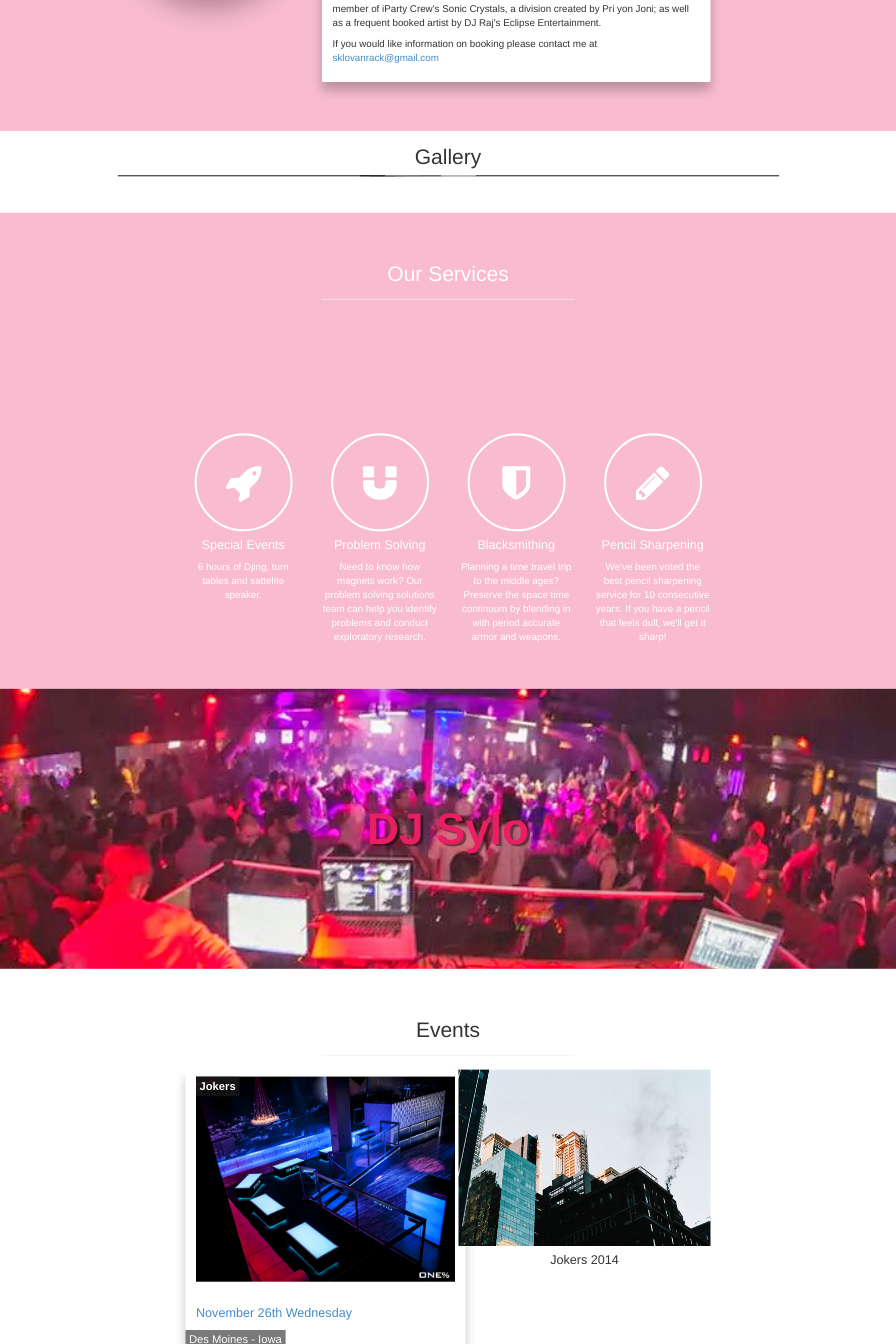
Repository: BambooXLotus/DjSylo
Page: client/index.html
The author's editor kept a record of every edit. The page is drawn from the files as they stood at one moment, then again after the next edit.
The browser window is 1280 px wide. The pictures show the part of the page from y = 1040 to 2960 px (the page is 4350 px tall before and 4250 px after), at 70% of full size.
Pictures or frames that could not be fetched are drawn as grey boxes. Some icons come from a web library that is not loaded, so they are not drawn. Backgrounds fixed to the window are drawn as part of the page. Some web libraries are served in a nearby version.

Above is the page before.

### client/index.html
<!DOCTYPE html>
<html lang="en">

<head>
    <meta charset="utf-8">
    <meta name="viewport" content="width=device-width, initial-scale=1.0">
    <meta name="description" content="">
    <meta name="author" content="">
    <title>DJ Sylo</title>
    <!-- Bootstrap core CSS
        -->
    <link href="css/bootstrap.css" rel="stylesheet">
    <!-- Add custom CSS here -->
    <link href="css/stylish-portfolio.css" rel="stylesheet">
    <link href="//maxcdn.bootstrapcdn.com/font-awesome/4.1.0/css/font-awesome.min.css" rel="stylesheet">
    <link href="css/nanogallery.min.css" rel="stylesheet" type="text/css">
</head>

<body>
    <!-- Side Menu -->
    <nav class="navbar navbar-fixed-top navbar-inverse" role="navigation">
        <div class="container">
            <div class="navbar-header">
                <button type="button" class="navbar-toggle" data-toggle="collapse" data-target=".navbar-ex1-collapse">
                    <span class="sr-only">Toggle navigation</span>
                    <span class="icon-bar"></span>
                    <span class="icon-bar"></span>
                    <span class="icon-bar"></span>
                </button>
                <a class="navbar-brand" href="index.php">DJ <b>Sylo</b></a>
            </div>
            <!-- Collect the nav links, forms, and other content for toggling -->
            <div class="collapse navbar-collapse navbar-ex1-collapse">
                <ul class="nav navbar-nav">
                    <li>
                        <a href="#top">Home</a>
                    </li>
                    <li>
                        <a href="#about">Bio</a>
                    </li>
                    <li>
                        <a href="#gallery">Gallery</a>
                    </li>
                    <li>
                        <a href="#services">Services</a>
                    </li>
                    <li>
                        <a href="#portfolio">Events</a>
                    </li>
                    <li>
                        <a href="#portfolio">Discography</a>
                    </li>
                    <li>
                        <a href="#contact">Contact</a>
                    </li>
                </ul>
            </div>
            <!-- /.navbar-collapse -->
        </div>
        <!-- /.container -->
    </nav>
    <!-- /Side Menu -->
    <!-- Full Page Image Header Area -->
    <div id="top" class="header">
        <div class="vert-text">
            <div class="hero">
                <h1>DJ <b>Sylo</b></h1>
                <a href="#contact" class="btn btn-lg btn-default">Contact</a>
            </div>
        </div>
    </div>
    <!-- /Full Page Image Header Area -->
    <!-- Intro -->
    <div id="about" class="about">
        <div class="container">
            <div class="row">
                <div class="col-md-3 col-md-offset-1">
                    <img class="img-circle img-responsive circle-shadow" src="img/portrait-sm.jpg">
                </div>
                <div class="col-md-6 col-xs-12">
                    <div class="panel panel-default dialog">
                        <div class="panel-heading">
                            <h3>DJ Sylo</h3>
                        </div>
                        <div class="panel-body">
                            <h4>Kansas City, MO</h4>
                            <p>Style: Electronic, Pop, Hip hop.</p>
                            <p>Inpsirations: Calvin Harris, Zedd, Adventure CLub.</p>
                            <p>Musical flavor, stage presence, and a feel for the crowd, DJ Sylo's unique taste and style of music has touched dancefloors across Iowa, as well as the 2012 515 Alive electronic music festival. Sylo's presence is gaining notoriety
                                in both the club and the electronic dance music scene. Armed with her Numark NS7, DJ Sylo is now a member of iParty Crew's Sonic Crystals, a division created by Pri yon Joni; as well as a frequent booked artist by DJ Raj's
                                Eclipse Entertainment.</p>
                            <p>If you would like information on booking please contact me at <a href="sklovanrack@gmail.com">sklovanrack@gmail.com</a>
                            </p>
                        </div>
                    </div>
                </div>
            </div>
        </div>
    </div>
    <!-- /Intro -->
    <!-- Gallery -->
    <div id="gallery" class="gallery">
        <div class="container">
            <div class="row">
                <div class="col-md-6 col-md-offset-3 text-center">
                    <h2>Gallery</h2>
                </div>
            </div>
            <div class="row">
                <div class="col-md-10 col-md-offset-1 col-xs-12 text-center">
                    <div id="nanoGallery2"></div>
                </div>
            </div>
        </div>
    </div>
    <!-- /Gallery -->
    <!-- Services -->
    <div id="services" class="services">
        <div class="container">
            <div class="row">
                <div class="col-md-4 col-md-offset-4 text-center">
                    <h2>Our Services</h2>
                    <hr>
                </div>
            </div>
            <div class="row">
                <div class="col-md-offset-3 col-md-6">
                    <iframe width="100%" height="166" scrolling="no" frameborder="no" src="https://w.soundcloud.com/player/?url=https%3A//api.soundcloud.com/tracks/160960689&amp;color=ff5500&amp;auto_play=false&amp;hide_related=false&amp;show_comments=true&amp;show_user=true&amp;show_reposts=false"></iframe>
                </div>
            </div>
            <div class="row">
                <div class="col-md-2 col-md-offset-2 text-center">
                    <div class="service-item">
                        <i class="service-icon fa fa-rocket"></i>
                        <h4>Special Events</h4>
                        <p>6 hours of Djing, turn tables and sattelite speaker.</p>
                    </div>
                </div>
                <div class="col-md-2 text-center">
                    <div class="service-item">
                        <i class="service-icon fa fa-magnet"></i>
                        <h4>Problem Solving</h4>
                        <p>Need to know how magnets work? Our problem solving solutions team can help you identify problems and conduct exploratory research.</p>
                    </div>
                </div>
                <div class="col-md-2 text-center">
                    <div class="service-item">
                        <i class="service-icon fa fa-shield"></i>
                        <h4>Blacksmithing</h4>
                        <p>Planning a time travel trip to the middle ages? Preserve the space time continuum by blending in with period accurate armor and weapons.</p>
                    </div>
                </div>
                <div class="col-md-2 text-center">
                    <div class="service-item">
                        <i class="service-icon fa fa-pencil"></i>
                        <h4>Pencil Sharpening</h4>
                        <p>We've been voted the best pencil sharpening service for 10 consecutive years. If you have a pencil that feels dull, we'll get it sharp!</p>
                    </div>
                </div>
            </div>
        </div>
    </div>
    <!-- /Services -->
    <!-- Callout -->
    <div class="callout">
        <div class="vert-text">
            <h1>DJ Sylo</h1>
        </div>
    </div>
    <!-- /Callout -->
    <!-- Portfolio -->
    <div id="portfolio" class="portfolio">
        <div class="container">
            <div class="row">
                <div class="col-md-4 col-md-offset-4 text-center">
                    <h2>Events</h2>
                    <hr>
                </div>
            </div>
            <div class="row">
                <div class="col-md-4 col-md-offset-2">
                    <a class="panel card fixed-card">
                        <div class="panel-heading">
                            <h3 class="panel-title">Jokers</h3>
                            <h4 class="panel-title stickyBottom">Des Moines - Iowa</h4>
                            <img class="img-portfolio img-responsive" src="img/one-1.jpg">
                        </div>
                        <div class="panel-body">
                            <h4>November 26th Wednesday</h4>
                        </div>
                    </a>
                </div>
                <div class="col-md-4 text-center">
                    <div class="portfolio-item">
                        <a href="#">

                            <img class="img-portfolio img-responsive" src="img/portfolio-2.jpg">

                        </a>
                        <h4>Jokers 2014</h4>
                    </div>
                </div>
            </div>
            <div class="row">
                <div class="col-md-4 col-md-offset-2 text-center">
                    <div class="portfolio-item">
                        <a href="#">

                            <img class="img-portfolio img-responsive" src="img/portfolio-3.jpg">

                        </a>
                        <h4>Cafe Mood</h4>
                    </div>
                </div>
                <div class="col-md-4 text-center">
                    <div class="portfolio-item">
                        <a href="#">

                            <img class="img-portfolio img-responsive" src="img/portfolio-4.jpg">

                        </a>
                        <h4>Power and Light 2015</h4>
                    </div>
                </div>
            </div>
        </div>
    </div>
    <!-- /Portfolio -->
    <!-- Call to Action -->
    <div class="call-to-action">
        <div class="container">
            <div class="row">
                <div class="col-md-6 col-md-offset-3 text-center">
                    <h3>Place Holder.</h3>
                    <a href="#" class="btn btn-lg btn-default">Click Me!</a>
                    <a href="#" class="btn btn-lg btn-primary">Look at Me!</a>
                </div>
            </div>
        </div>
    </div>
    <!-- /Call to Action -->
    <!-- Map -->
    <div id="contact">
        <div class="container">
            <div class="row">
                <div class="col-md-6 col-md-offset-3">
                    <h3>Contact</h3>
                    <hr>
                    <address>
                            <strong>Email:</strong>
                            <a href="mailto:#">sklovanrack@gmail.com</a>
                            <br>
                            <br>
                            <strong>Phone:</strong>(515) 329-2323</address>
                </div>
            </div>
            <div>
                <div class="col-md-6 col-md-offset-3 contact-form">
                    <form id="contact" method="post" class="form" role="form">
                        <div class="row">
                            <div class="col-xs-6 col-md-6 form-group">
                                <input class="form-control" id="name" name="name" placeholder="Name" type="text" />
                            </div>
                            <div class="col-xs-6 col-md-6 form-group">
                                <input class="form-control" id="email" name="email" placeholder="Email" type="email" required />
                            </div>
                        </div>
                        <textarea class="form-control" id="message" name="message" placeholder="Message" rows="5"></textarea>
                        <br />
                        <div class="row">
                            <div class="col-xs-12 col-md-12 form-group">
                                <button class="btn btn-primary pull-right" type="submit">Submit</button>
                            </div>
                        </div>
                    </form>
                </div>
            </div>
        </div>
    </div>
    <!-- /Map -->
    <!-- Footer -->
    <footer>
        <div class="container">
            <div class="row">
                <div class="col-md-6 col-md-offset-3 text-center">
                    <ul class="list-inline">
                        <li>
                            <a class="fa fa-facebook fa-3x" href="https://www.facebook.com/DJSyloSonicCrystals"></a>
                        </li>
                        <li>
                            <i class="fa fa-twitter fa-3x"></i>
                        </li>
                        <li>
                            <i class="fa fa-instagram fa-3x"></i>
                        </li>
                        <li>
                            <a class="fa fa-soundcloud fa-3x" href="https://soundcloud.com/bambooproduction/sets"></a>
                        </li>
                    </ul>
                    <div class="top-scroll">
                        <a href="#top"><i class="fa fa-circle-arrow-up scroll fa-4x"></i></a>
                    </div>
                    <hr>
                    <p>Copyright &copy; Bamboo Lotus 2014</p>
                </div>
            </div>
        </div>
    </footer>
    <!-- /Footer -->
    <!-- JavaScript -->
    <script src="js/jquery-1.10.2.js"></script>
    <script src="js/bootstrap.js"></script>

    <!-- nanoGALLERY plugin files -->
    <script type="text/javascript" src="js/jquery.nanogallery.min.js"></script>
    <!-- Custom JavaScript for the Side Menu and Smooth Scrolling
        -->
    <script>
        $("#menu-close").click(function(e) {
            e.preventDefault();
            $("#sidebar-wrapper").toggleClass("active");
        });
    </script>
    <script>
        $("#menu-toggle").click(function(e) {
            e.preventDefault();
            $("#sidebar-wrapper").toggleClass("active");
        });
    </script>
    <script>
        $(function() {
            $('a[href*=#]:not([href=#])').click(function() {
                if (location.pathname.replace(/^\//, '') == this.pathname.replace(/^\//, '') || location.hostname == this.hostname) {

                    var target = $(this.hash);
                    target = target.length ? target : $('[name=' + this.hash.slice(1) + ']');
                    if (target.length) {
                        $('html,body').animate({
                            scrollTop: target.offset().top
                        }, 1000);
                        return false;
                    }
                }
            });

            $("#nanoGallery2").nanoGallery({
                thumbnailWidth: 'auto',
                thumbnailHeight: 200,
                userID: 'derensomsanith@gmail.com',
                kind: 'picasa',
                album: '6020738059883313137',
                colorSchemeViewer: 'light',
                thumbnailHoverEffect: [{
                    name: 'labelAppear75',
                    duration: 300
                }],
                thumbnailGutterWidth: 1,
                thumbnailGutterHeight: 1,
                i18n: {
                    thumbnailImageDescription: 'View Photo',
                    thumbnailAlbumDescription: 'Open Album'
                },
                thumbnailLabel: {
                    display: true,
                    position: 'overImageOnMiddle',
                    align: 'center'
                },
                photoSorting: 'random',
                lazyBuild: 'none',
                lazyBuildTreshold: 300
            });
        });

        (function(i, s, o, g, r, a, m) {
            i['GoogleAnalyticsObject'] = r;
            i[r] = i[r] || function() {
                (i[r].q = i[r].q || []).push(arguments)
            }, i[r].l = 1 * new Date();
            a = s.createElement(o),
                m = s.getElementsByTagName(o)[0];
            a.async = 1;
            a.src = g;
            m.parentNode.insertBefore(a, m)
        })(window, document, 'script', '//www.google-analytics.com/analytics.js', 'ga');

        ga('create', 'UA-56532059-1', 'auto');
        ga('send', 'pageview');
    </script>
</body>

</html>

### client/css/stylish-portfolio.css
/* Global Styles */

html,
body {
  height: 100%;
  width: 100%;
}
h1 {
  color: #e91e63;
  text-shadow: 4px 4px 1px rgba(0, 0, 0, 0.45);
}
h3 {
  color: #e91e63;
  text-shadow: 4px 4px 1px rgba(0, 0, 0, 0.45);
  font-weight: bold;
}
.vert-text {
  display: table-cell;
  vertical-align: middle;
  text-align: center;
}
.vert-text h1 {
  padding: 0;
  margin: 0;
  font-size: 4.5em;
  font-weight: 700;
}
/* Side Menu */

#sidebar-wrapper {
  margin-right: -250px;
  right: 0;
  width: 250px;
  background: #000;
  position: fixed;
  height: 100%;
  overflow-y: auto;
  z-index: 1000;
  -webkit-transition: all 0.4s ease 0s;
  -moz-transition: all 0.4s ease 0s;
  -ms-transition: all 0.4s ease 0s;
  -o-transition: all 0.4s ease 0s;
  transition: all 0.4s ease 0s;
}
.sidebar-nav {
  position: absolute;
  top: 0;
  width: 250px;
  list-style: none;
  margin: 0;
  padding: 0;
}
.sidebar-nav li {
  line-height: 40px;
  text-indent: 20px;
}
.sidebar-nav li a {
  color: #999999;
  display: block;
  text-decoration: none;
}
.sidebar-nav li a:hover {
  color: #fff;
  background: rgba(255, 255, 255, 0.2);
  text-decoration: none;
}
.sidebar-nav li a:active,
.sidebar-nav li a:focus {
  text-decoration: none;
}
.sidebar-nav > .sidebar-brand {
  height: 55px;
  line-height: 55px;
  font-size: 18px;
}
.sidebar-nav > .sidebar-brand a {
  color: #999999;
}
.sidebar-nav > .sidebar-brand a:hover {
  color: #fff;
  background: none;
}
#menu-toggle {
  top: 0;
  right: 0;
  position: fixed;
  z-index: 1;
}
#sidebar-wrapper.active {
  right: 250px;
  width: 250px;
  -webkit-transition: all 0.4s ease 0s;
  -moz-transition: all 0.4s ease 0s;
  -ms-transition: all 0.4s ease 0s;
  -o-transition: all 0.4s ease 0s;
  transition: all 0.4s ease 0s;
}
.toggle {
  margin: 5px 5px 0 0;
}
/* Full Page Image Header Area */

.header {
  display: table;
  height: 100%;
  width: 100%;
  position: relative;
  background: url(../img/DJSyloJumbotron.jpeg) no-repeat center center fixed;
  -webkit-background-size: cover;
  -moz-background-size: cover;
  -o-background-size: cover;
  background-size: cover;
}
/* Intro */

.intro {
  padding: 50px 0;
}
/* About */

.about {
  background: #f8bbd0;
  padding: 50px 0;
}
/* Services */

.services {
  background: #f8bbd0;
  padding: 50px 0;
  color: #ffffff;
}
.service-item {
  margin-bottom: 15px;
}
i.service-icon {
  border: 3px solid #ffffff;
  border-radius: 50%;
  display: inline-block;
  font-size: 56px;
  width: 140px;
  height: 140px;
  line-height: 136px;
  vertical-align: middle;
  text-align: center;
}
/* Callout */

.callout {
  color: #ffffff;
  display: table;
  height: 400px;
  width: 100%;
  background: url(../img/callout_DJSylo.jpeg) no-repeat center center fixed;
  -webkit-background-size: cover;
  -moz-background-size: cover;
  -o-background-size: cover;
  background-size: cover;
}
/* Portfolio */

.portfolio {
  padding: 50px 0;
}
.portfolio-item {
  margin-bottom: 25px;
}
.img-portfolio {
  margin: 0 auto;
}
/* Call to Action */

.call-to-action {
  color: #ffffff;
  background: #ec407a;
  padding: 50px 0;
}
.call-to-action .btn {
  margin: 10px;
}
/* Map */

.map {
  height: 500px;
}
/* Footer */

footer {
  padding: 100px 0;
}
.top-scroll {
  margin-top: 50px;
}
.top-scroll a {
  text-decoration: none;
  color: inherit;
}
i.scroll {
  color: #333333;
}
i.scroll:hover {
  color: #0a5175;
}
/* Responsive */

@media (max-width: 768px) {
  .header {
    background: url(../img/DJSyloJumbotron.jpeg) no-repeat center center scroll;
  }
  .callout {
    background: url(../img/callout_DJSylo.jpeg) no-repeat center center scroll;
  }
  .map {
    height: 75%;
  }
}
html,
body {
  height: 100%;
}
.carousel,
.item,
.active {
  height: 100%;
}
.carousel-inner {
  height: 100%;
}
.fill {
  width: 100%;
  height: 100%;
  background-position: center;
  background-size: cover;
}
/* faster sliding speed */

.carousel-inner > .item {
  -webkit-transition: 0.3s ease-in-out left;
  -moz-transition: 0.3s ease-in-out left;
  -o-transition: 0.3s ease-in-out left;
  transition: 0.3s ease-in-out left;
}
/* keep full widget on smaller screens */

@media (max-width: 767px) {
  body {
    padding-left: 0;
    padding-right: 0;
  }
}
#galleryContainer {
  background: #DDD;
  max-width: 1000px;
  max-height: 500px;
}
.item img {
  width: 50%;
}
.item.w2 {
  width: 25%;
}

.circle-shadow{
      box-shadow: 0 19px 38px rgba(0,0,0,0.30);
}

    /* Card, Dialog */
    .card, .dialog {
      border-radius: 2px;
      border: 0px;
      position: relative;
      display: inline-block;
      vertical-align: top;
      background-color: #fff;
      box-shadow: 0 12px 15px 0 rgba(0, 0, 0, 0.24);
    }

    .fixed-card{
      width: 400px;
      height: 400px;
    }

    .panel:hover .panel-title {
    background: #e91e63;
}

    .panel-title {
    position: absolute;
    background: rgba(34, 34, 34, 0.6);
    color: White;
    padding: 5px;
    z-index: 3;
    -webkit-transition: all .6s ease-in-out;
    -moz-transition: all .6s ease-in-out;
    -o-transition: all .6s ease-in-out;
    -ms-transition: all .6s ease-in-out;
    transition: all .6s ease-in-out;
}

.panel-default > .panel-heading {
    border-radius: 0;
    background: transparent;
}

.card-heading {
    border-radius: 0;
    background: transparent;
    overflow: hidden;
    padding: 0px;
    border-bottom: 0px;
}

.stickyBottom {
    position: absolute;
    bottom: 0;
    left: 0;
}

Loaded but not shown: client/css/bootstrap.css (library); client/css/nanogallery.min.css (library); client/js/jquery-1.10.2.js (library); client/js/bootstrap.js (library); client/js/jquery.nanogallery.min.js (library)

After the next edit:
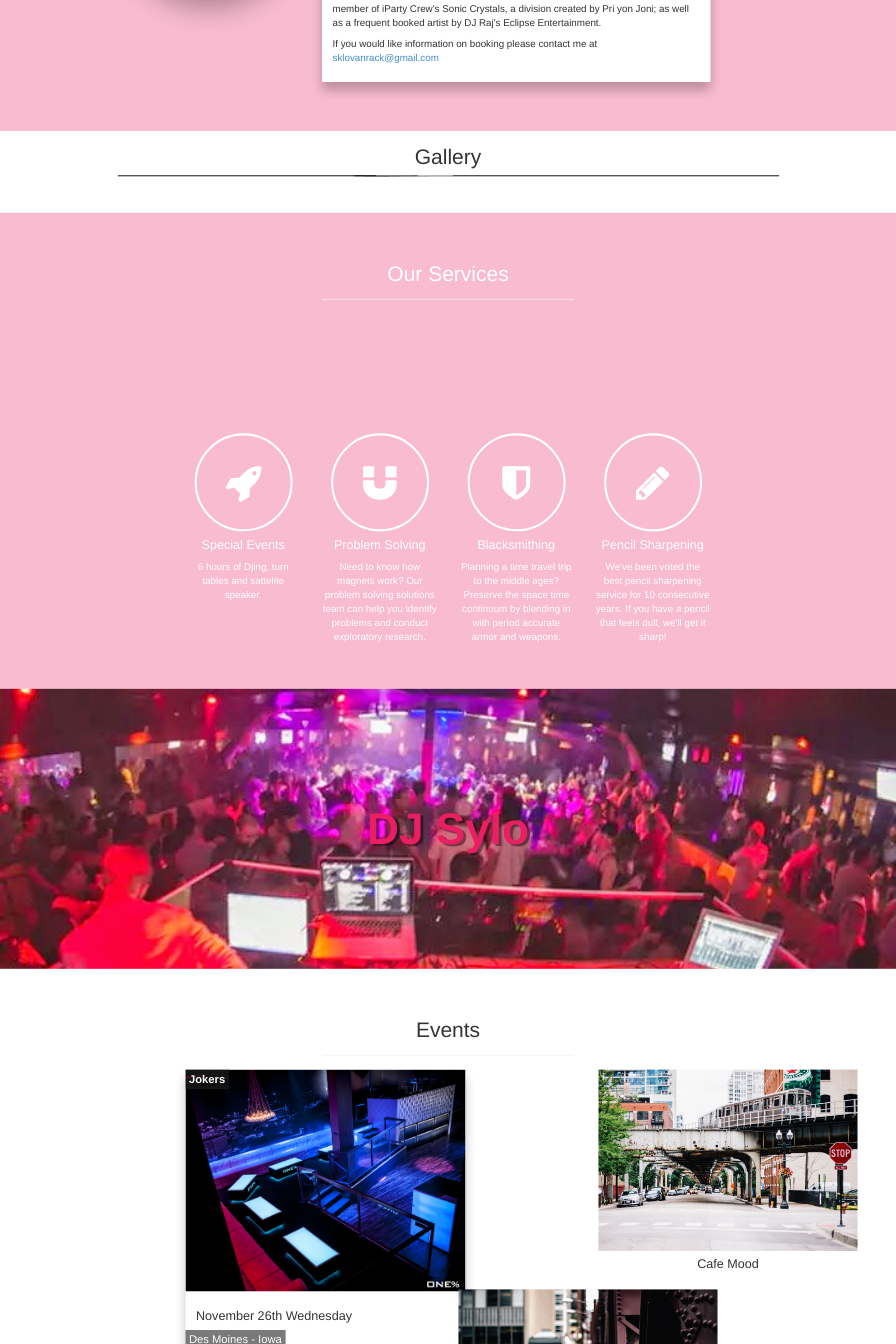
The edit:
--- a/client/index.html
+++ b/client/index.html
@@ -179,8 +179,8 @@
             </div>
             <div class="row">
                 <div class="col-md-4 col-md-offset-2">
-                    <a class="panel card fixed-card">
-                        <div class="panel-heading">
+                    <div class="panel card fixed-card">
+                        <div class="panel-heading card-heading">
                             <h3 class="panel-title">Jokers</h3>
                             <h4 class="panel-title stickyBottom">Des Moines - Iowa</h4>
                             <img class="img-portfolio img-responsive" src="img/one-1.jpg">
